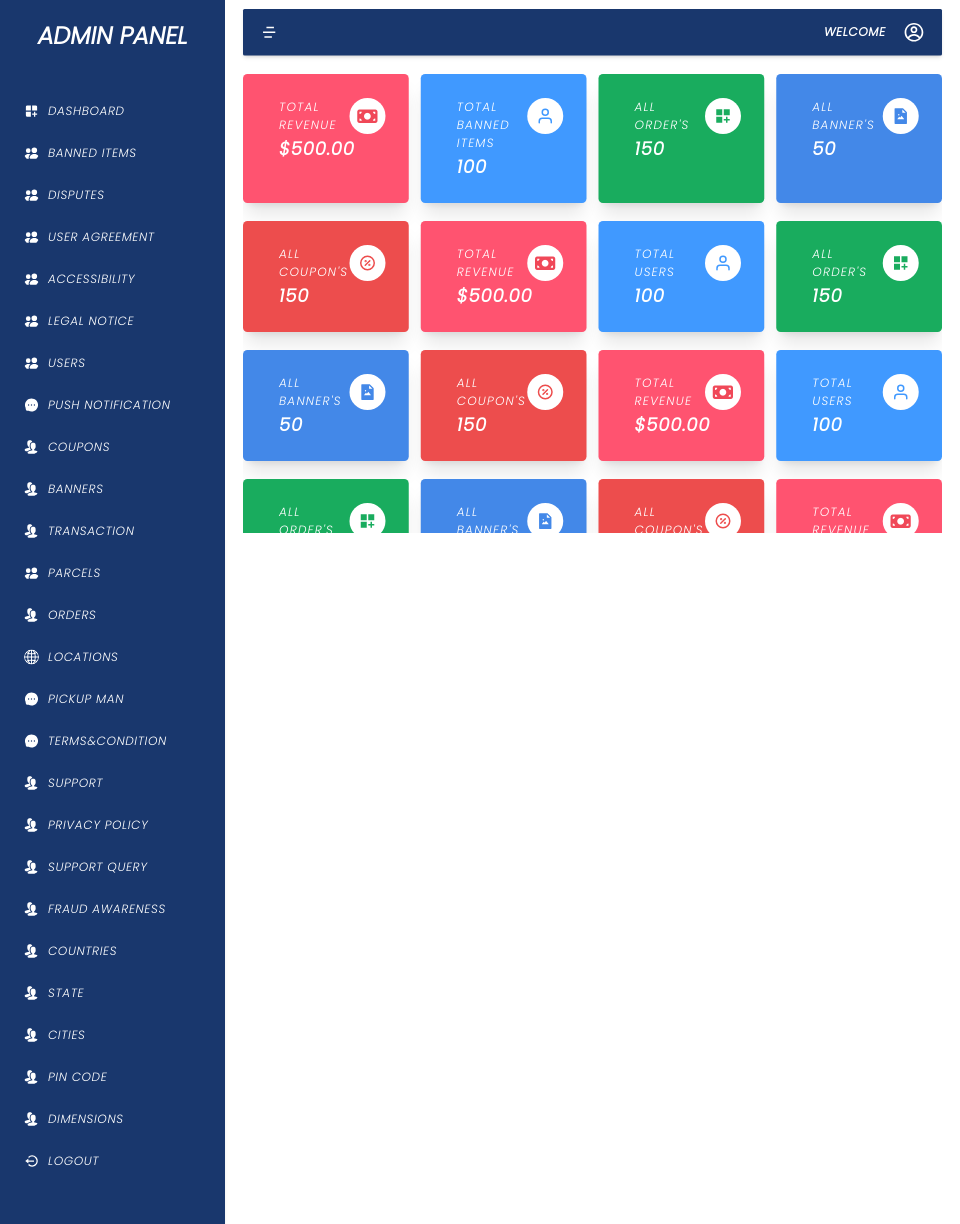
Repository: FlyweisReact/sarita
Page: /vendorDashboard
The author's editor kept a copy of each file at every save. The page is drawn from the files as they stood at one save, then again after the next save.
The browser window is 1280 px wide. The pictures show the whole page, at 75% of full size.
An inner scrolling area shows only its first screen. Some web libraries are served in a nearby version. The project was rebuilt for these pictures with package versions that can differ from the ones it lists, and the page was loaded fresh each time. Also part of the build but not shown: src/vendorPanel/forms/VendorLogin.jsx, src/vendorPanel/pages/AdminDiscount.js, src/vendorPanel/pages/AdminReview.js, src/vendorPanel/pages/Astrologers.js, src/vendorPanel/pages/Banners.js, src/vendorPanel/pages/Booking.js, src/vendorPanel/pages/Horoscope.js, src/vendorPanel/pages/Kundli.js and 20 more.

Above is the page before, as saved 2023-04-20 17:20:27.

After the next save:
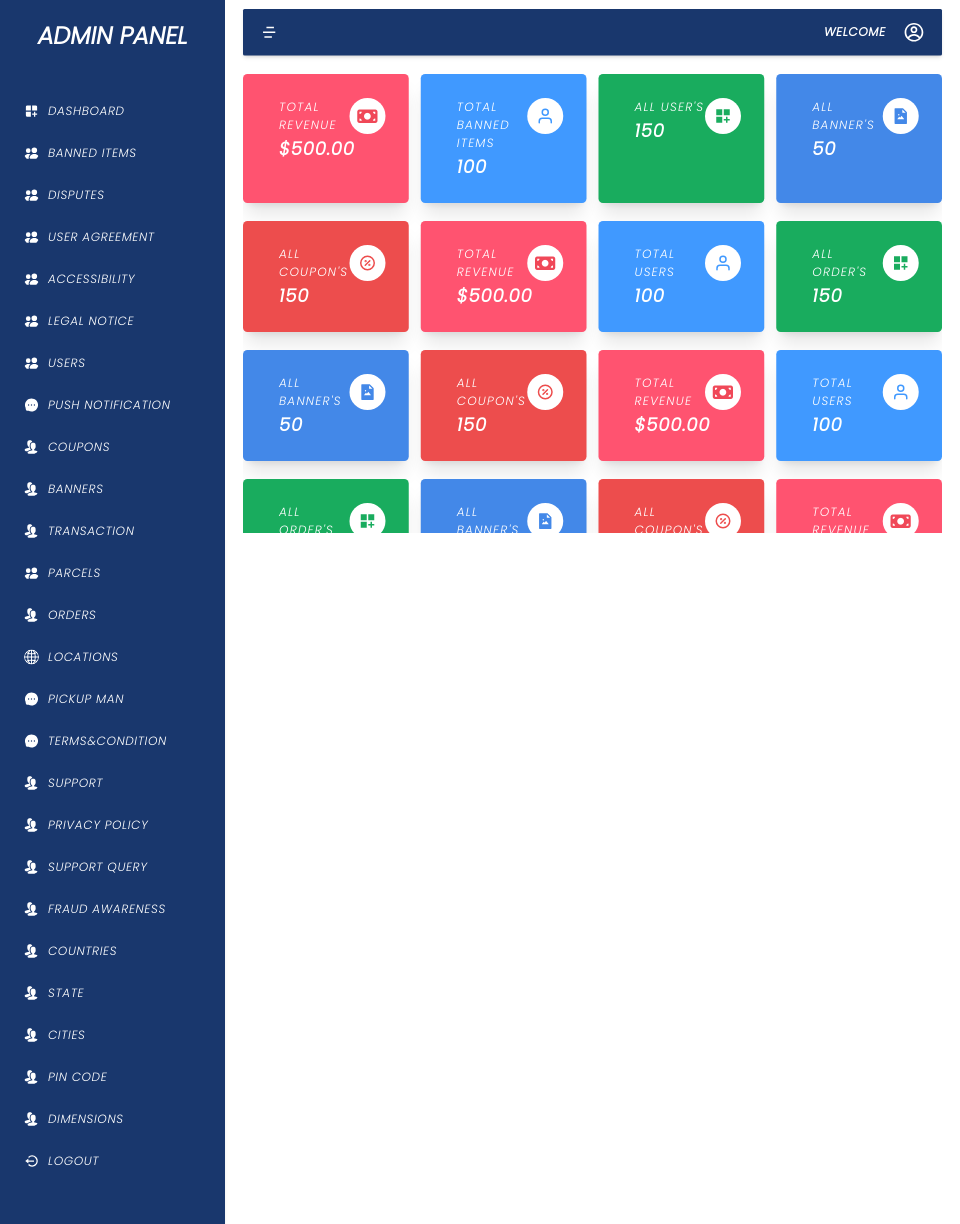
Saved 10 s later.
--- a/src/vendorPanel/pages/VendorDashboard.jsx
+++ b/src/vendorPanel/pages/VendorDashboard.jsx
@@ -30,7 +30,7 @@ const VendorDashboard = () => {
 
     {
       progress: "bg-yellow-400",
-      title: "All Order's",
+      title: "All User's",
       number: "150",
       icon: <MdDashboardCustomize className="text-2xl text-[#19ac5e]" />,
       bg: "#19ac5e",
